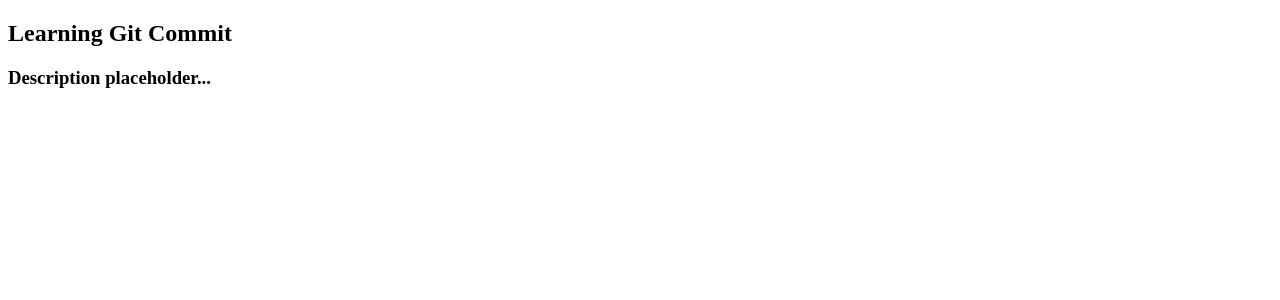
Repository: raksmeycoding/learn-git-command-and-test
Page: index.html
These files come from the project's save history. The page is drawn as it stood at one moment and after the next save; the edit follows.
The browser window is 1280 px wide. The pictures show the whole page.

Above is the page before, as saved 2024-01-04 21:48:20.

After the next save:
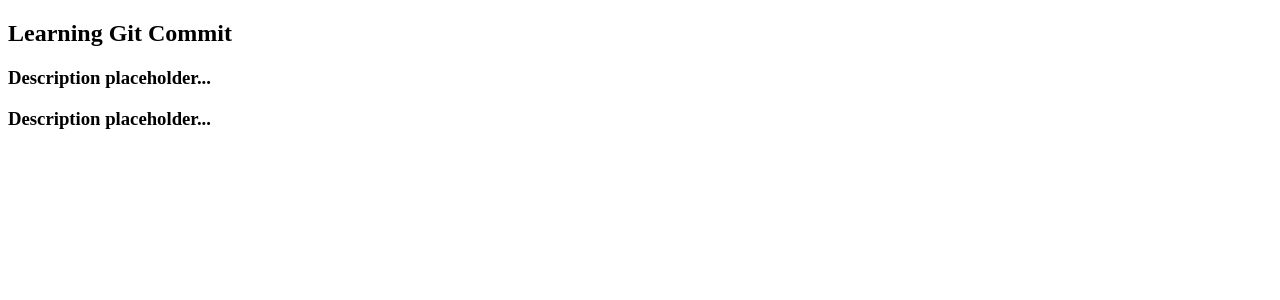
Saved 3 min 38 s later.
--- a/index.html
+++ b/index.html
@@ -11,5 +11,6 @@
   <body>
     <h2>Learning Git Commit</h2>
     <h3>Description placeholder...</h3>
+    <h3>Description placeholder...</h3>
   </body>
 </html>
